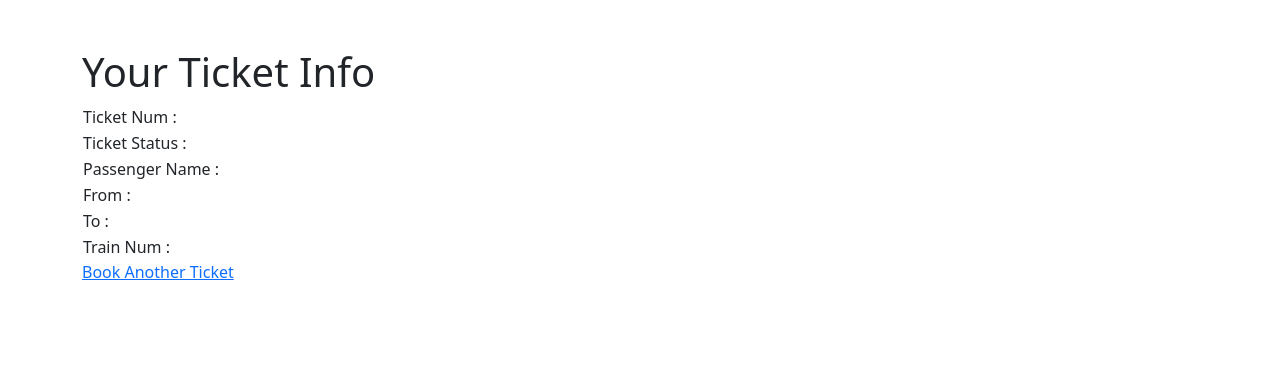
Repository: Digvijaywadkar011/SBMS_Repo
Page: http://localhost/view-ticket
These files come from the project's save history. The page is drawn as it stood at one moment and after the next save; the edit follows.
The browser window is 1280 px wide. The pictures show the whole page.
The page is this project's Thymeleaf template; nobody is signed in. The template is opened directly, without the code that normally fills it, so the values that code supplies are empty.

Above is the page before, as saved 2024-08-01 07:55:55.

After the next save:
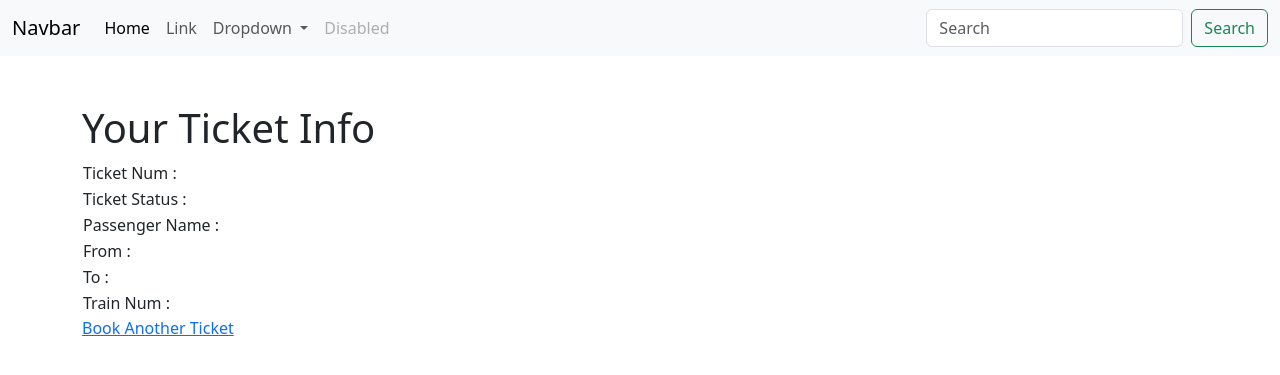
Saved 5 s later.
--- a/SpringWebMvc/11-MTM_RestTemplateConsumerApp/src/main/resources/templates/view-ticket.html
+++ b/SpringWebMvc/11-MTM_RestTemplateConsumerApp/src/main/resources/templates/view-ticket.html
@@ -11,6 +11,42 @@
 
 <body>
 
+	<nav class="navbar navbar-expand-lg bg-body-tertiary">
+	  <div class="container-fluid">
+	    <a class="navbar-brand" href="#">Navbar</a>
+	    <button class="navbar-toggler" type="button" data-bs-toggle="collapse" data-bs-target="#navbarSupportedContent" aria-controls="navbarSupportedContent" aria-expanded="false" aria-label="Toggle navigation">
+	      <span class="navbar-toggler-icon"></span>
+	    </button>
+	    <div class="collapse navbar-collapse" id="navbarSupportedContent">
+	      <ul class="navbar-nav me-auto mb-2 mb-lg-0">
+	        <li class="nav-item">
+	          <a class="nav-link active" aria-current="page" href="#">Home</a>
+	        </li>
+	        <li class="nav-item">
+	          <a class="nav-link" href="#">Link</a>
+	        </li>
+	        <li class="nav-item dropdown">
+	          <a class="nav-link dropdown-toggle" href="#" role="button" data-bs-toggle="dropdown" aria-expanded="false">
+	            Dropdown
+	          </a>
+	          <ul class="dropdown-menu">
+	            <li><a class="dropdown-item" href="#">Action</a></li>
+	            <li><a class="dropdown-item" href="#">Another action</a></li>
+	            <li><hr class="dropdown-divider"></li>
+	            <li><a class="dropdown-item" href="#">Something else here</a></li>
+	          </ul>
+	        </li>
+	        <li class="nav-item">
+	          <a class="nav-link disabled" aria-disabled="true">Disabled</a>
+	        </li>
+	      </ul>
+	      <form class="d-flex" role="search">
+	        <input class="form-control me-2" type="search" placeholder="Search" aria-label="Search">
+	        <button class="btn btn-outline-success" type="submit">Search</button>
+	      </form>
+	    </div>
+	  </div>
+	</nav>
 
 	<div class="container mt-5">
 		<h1>Your Ticket Info</h1>
